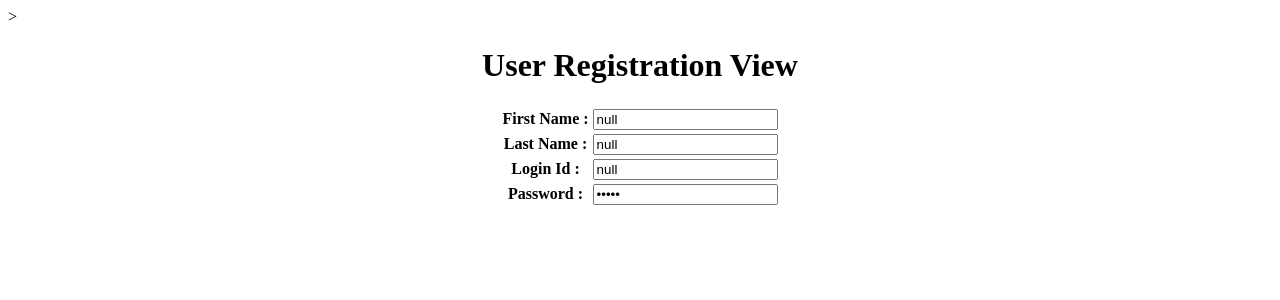
Repository: HimanshuJain1991/ProjectModuleUseCase
Page: http://localhost/Practice/UserRegistrationView.jsp
The author's editor kept a copy of each file at every save. The page is drawn from the files as they stood at one save, then again after the next save.
The browser window is 1280 px wide. The pictures show the whole page.
The page is served by Tomcat 9. Other server files are loaded and not shown.

Above is the page before, as saved 2024-02-27 11:03:00.

### Practice/src/main/webapp/UserRegistrationView.jsp
<%@page import="in.co.rays.dto.UserDTO"%>
<%@ page language="java" contentType="text/html; charset=ISO-8859-1"
	pageEncoding="ISO-8859-1"%>
<!DOCTYPE html>
<html>
<head>
<meta charset="ISO-8859-1">
<title>Insert title here</title>
</head>
<%
	UserDTO dto = new UserDTO();
%>>
<body>
<%if(dto!=null){ %>
	<center>
		<h1>User Registration View</h1>
		<table>
			<tr>
				<th>First Name :</th>
				<td><input type="text" name="firstName"
					value="<%=dto.getFirstName()%>"></td>
			</tr>
			<tr>
				<th>Last Name :</th>
				<td><input type="text" name="lastName"
					value="<%=dto.getLastName()%>"></td>

			</tr>
			<tr>
				<th>Login Id :</th>
				<td><input type="text" name="loginId"
					value="<%=dto.getLoginId()%>"></td>

			</tr>
			<tr>
				<th>Password :</th>
				<td><input type="password" name="password"
					value="<%=dto.getLastName()%>>"></td>

			</tr>
			</center>
			<%} %>
</body>
</html>

### Practice/src/main/java/in/co/rays/dto/UserDTO.java
package in.co.rays.dto;

import java.util.Date;

public class UserDTO {
	private int id=0;
	private String firstName=null;
	private String lastName=null;
	private String loginId=null;
	private String password=null;
	private Date dob;
	private String address=null;
	public int getId() {
		return id;
	}
	public void setId(int id) {
		this.id = id;
	}
	public String getFirstName() {
		return firstName;
	}
	public void setFirstName(String firstName) {
		this.firstName = firstName;
	}
	public String getLastName() {
		return lastName;
	}
	public void setLastName(String lastName) {
		this.lastName = lastName;
	}
	public String getLoginId() {
		return loginId;
	}
	public void setLoginId(String loginId) {
		this.loginId = loginId;
	}
	public String getPassword() {
		return password;
	}
	public void setPassword(String password) {
		this.password = password;
	}
	public Date getDob() {
		return dob;
	}
	public void setDob(Date dob) {
		this.dob = dob;
	}
	public String getAddress() {
		return address;
	}
	public void setAddress(String address) {
		this.address = address;
	}


}

After the next save:
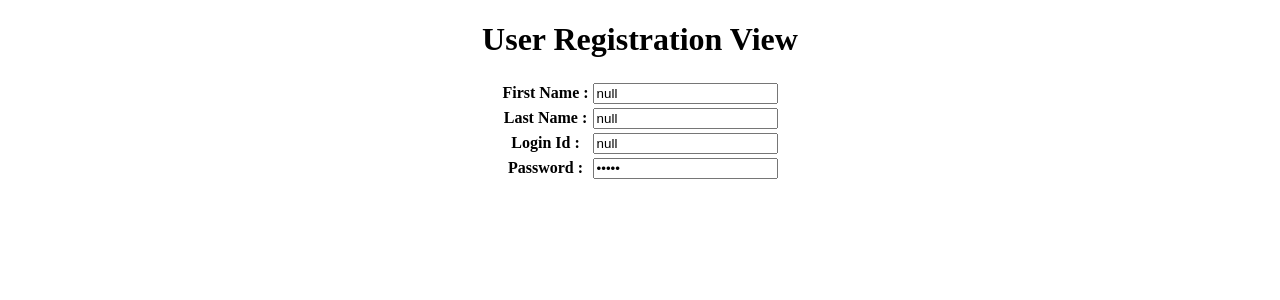
Saved 25 s later.
--- a/Practice/src/main/webapp/UserRegistrationView.jsp
+++ b/Practice/src/main/webapp/UserRegistrationView.jsp
@@ -9,7 +9,7 @@
 </head>
 <%
 	UserDTO dto = new UserDTO();
-%>>
+%>
 <body>
 <%if(dto!=null){ %>
 	<center>
